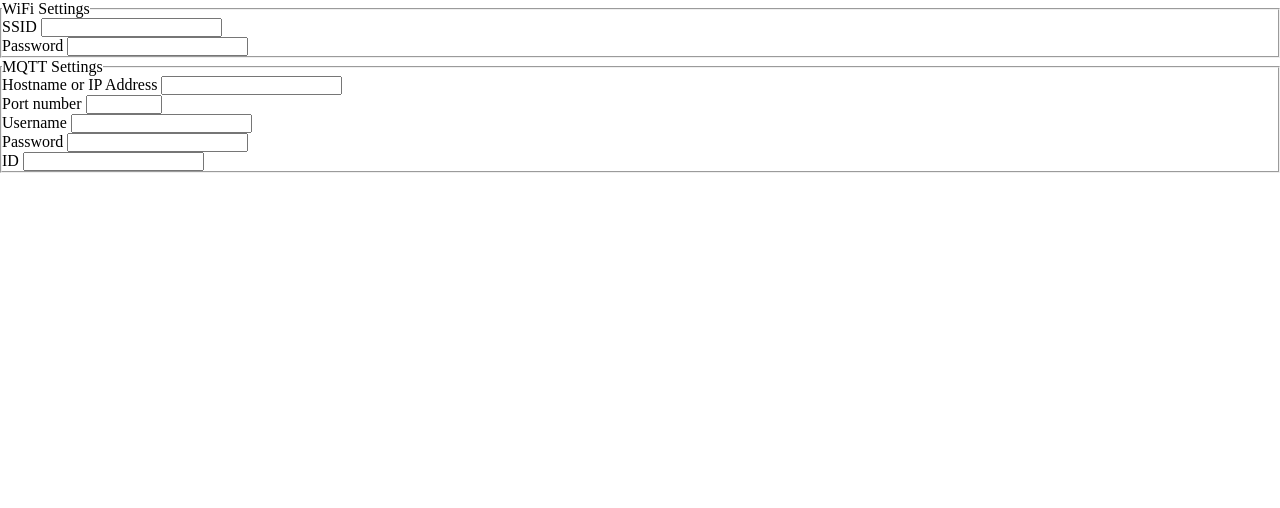
Repository: alex-dow/psikon-weather-station
Page: / (app in webapp/)
The author's editor kept a copy of each file at every save. The page is drawn from the files as they stood at one save, then again after the next save.
The browser window is 1280 px wide. The pictures show the whole page.
The project was rebuilt for these pictures with package versions that can differ from the ones it lists, and the page was loaded fresh each time.

Above is the page before, as saved 2021-12-10 13:54:27.

### webapp/public/index.html
<!DOCTYPE html>
<html lang="en">
<head>
	<meta charset='utf-8'>
	<meta name='viewport' content='width=device-width,initial-scale=1'>

	<title>Psikon Weather Station</title>
  <link rel="stylesheet" href="/global.css">
	<link rel='stylesheet' href='/bundle.css'>

	<script defer src='/bundle.js'></script>
</head>

<body>
</body>
</html>

### webapp/src/main.js
import App from './App.svelte';

const app = new App({
	target: document.body,
	props: {
		name: 'fmhe'
	}
});



export default app;

### webapp/src/App.svelte
<script>
	export let name = 'world';
</script>


  <section>
    <div class="container">

    <form>
      <fieldset>
        <legend>WiFi Settings</legend>
        <div class="form-group">
          <label for="wifi_ssid">SSID</label>
          <input id="wifi_ssid"/>
        </div>
        <div class="form-group">
          <label for="wifi_password">Password</label>
          <input id="wifi_password"/>
        </div>
      </fieldset>
      <fieldset>
        <legend>MQTT Settings</legend>
        <div class="form-group">
          <label for="mqtt_host">Hostname or IP Address</label>
          <input id="mqtt_host"/>
        </div>
        <div class="form-group">
          <label for="mqtt_port">Port number</label>
          <input id="mqtt_port" type="number" min="0" max="65536"/>
        </div>
        <div class="form-group">
          <label for="mqtt_username">Username</label>
          <input id="mqtt_username"/>
        </div>
        <div class="form-group">
          <label id="mqtt_password">Password</label>
          <input id="mqtt_password"/>
        </div>
        <div class="form-group">
          <label for="mqtt_id">ID</label>
          <input id="mqtt_id" /><br/>
        </div>
      </fieldset>
    </form>
    </div>
  </section>



<style>
	main {
		text-align: center;
		padding: 1em;
		max-width: 240px;
		margin: 0 auto;
	}
	h1 {
		color: #ff3e00;
		text-transform: uppercase;
		font-size: 4em;
		font-weight: 100;
	}
	@media (min-width: 640px) {
		main {
			max-width: none;
		}
	}
</style>

### webapp/public/global.css
* {
  padding: 0;
  margin: 0;
  box-sizing: border-box;
 }
 body {
  font-family: "Montserrat";
 }

After the next save:
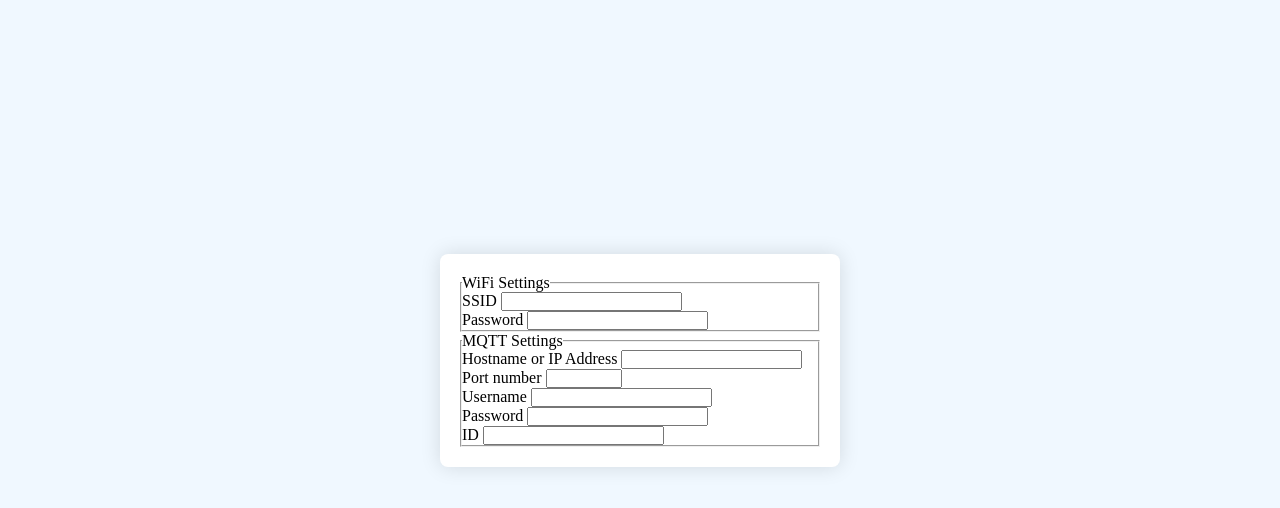
Saved 22 s later.
--- a/webapp/src/App.svelte
+++ b/webapp/src/App.svelte
@@ -48,21 +48,20 @@
 
 
 <style>
-	main {
-		text-align: center;
-		padding: 1em;
-		max-width: 240px;
-		margin: 0 auto;
-	}
-	h1 {
-		color: #ff3e00;
-		text-transform: uppercase;
-		font-size: 4em;
-		font-weight: 100;
-	}
-	@media (min-width: 640px) {
-		main {
-			max-width: none;
-		}
-	}
+ section {
+  min-height: 100vh;
+  width: 100%;
+  display: flex;
+  align-items: center;
+  justify-content: center;
+  background-color: aliceblue;
+ }
+ .container {
+  max-width: 400px;
+  width: 90%;
+  padding: 20px;
+  box-shadow: 0px 0px 20px #00000020;
+  border-radius: 8px;
+  background-color: white;
+ }
 </style>
